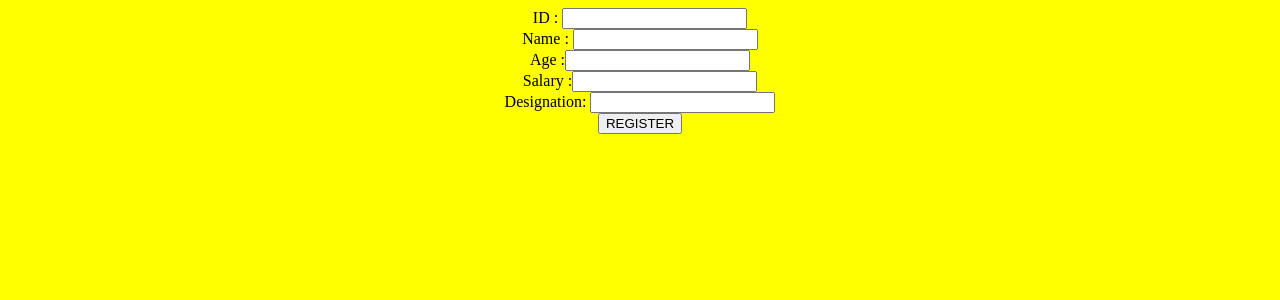
Repository: Thaneshwara848/JSP_Demo
Page: WebDemo1/src/main/webapp/Register.html
The author's editor kept a copy of each file at every save. The page is drawn from the files as they stood at one save, then again after the next save.
The browser window is 1280 px wide. The pictures show the whole page.

Above is the page before, as saved 2022-08-05 16:58:40.

After the next save:
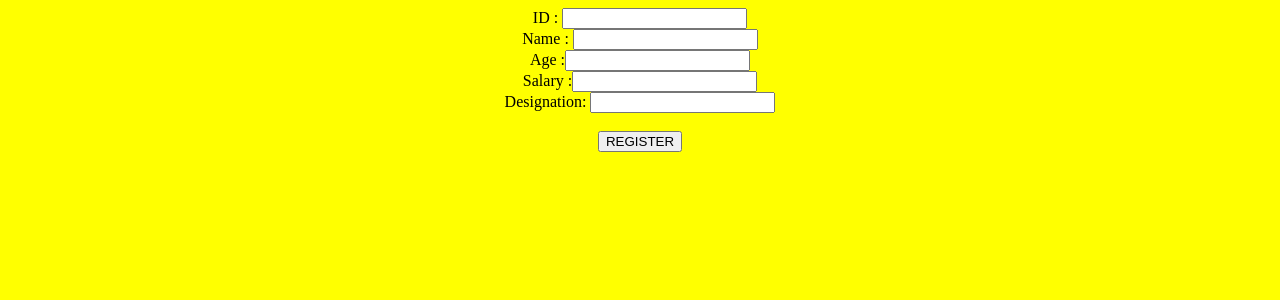
Saved 11 s later.
--- a/WebDemo1/src/main/webapp/Register.html
+++ b/WebDemo1/src/main/webapp/Register.html
@@ -13,7 +13,7 @@
 	Name : <input type="text" name="uname"><br>
 	Age :<input type="text" name="uage"><br>
 	Salary  :<input type="text" name="usalary"><br>
-	Designation: <input type="text" name="udesig"><br>
+	Designation: <input type="text" name="udesig"><br> <br>
 
 	<input type="Submit" value="REGISTER">
 
